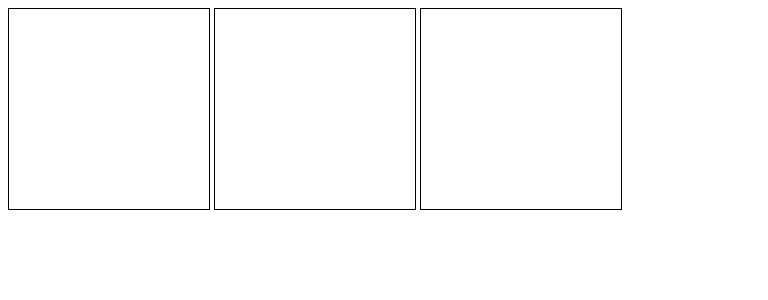
Repository: ElaineArchbold/mobile_first
Page: index.html
The author's editor kept a record of every edit. The page is drawn from the files as they stood at one moment, then again after the next edit.
The browser window is 768 px wide. The pictures show the whole page.

Above is the page before.

After the next edit:
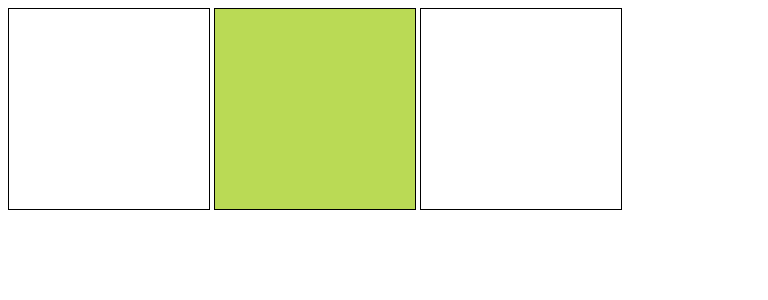
The edit:
--- a/style.css
+++ b/style.css
@@ -12,3 +12,9 @@
         background-color: blue;
     }
 }
+
+@media (min-width: 768px) and (max-width: 991px) {
+    .tablet {
+        background-color: #bada55;
+    }
+}
